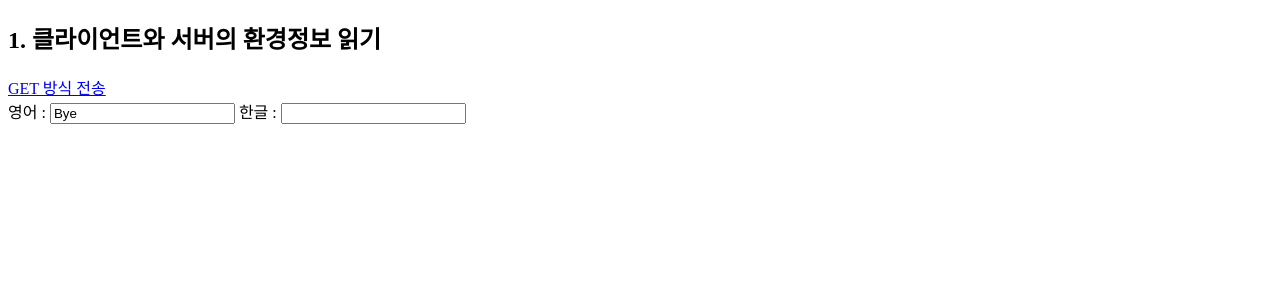
Repository: iamstudybox00/JSP_Servlet
Page: http://localhost/MustHaveJSP/02ImplicitObject/RequestMain.jsp
An editor plug-in stored every save of this project. The page is shown before and after the next save, followed by the edit.
The browser window is 1280 px wide. The pictures show the whole page.
The page is served by Tomcat 10. Other server files are loaded and not shown.

Above is the page before, as saved 2025-05-02 05:47:01.

### MustHaveJSP/src/main/webapp/02ImplicitObject/RequestMain.jsp
<%@ page language="java" contentType="text/html; charset=UTF-8"
    pageEncoding="UTF-8"%>
<!DOCTYPE html>
<html>
	<head>
	<meta charset="UTF-8">
	<title>내장객체 - request</title>
	</head>
	<body>
		<h2>1. 클라이언트와 서버의 환경정보 읽기</h2>
		<a href="./RequestWebInfo.jsp?eng=Hello&han=안녕">
			GET 방식 전송
		</a>
		<br/>
		<form action="RequestWebInfo.jsp" method="post" accept-charset="utf-8">
			영어 : <input type="text" name="eng" value="Bye" />
			한글 : <input type="text"
		</form>
	</body>
</html>

After the next save:
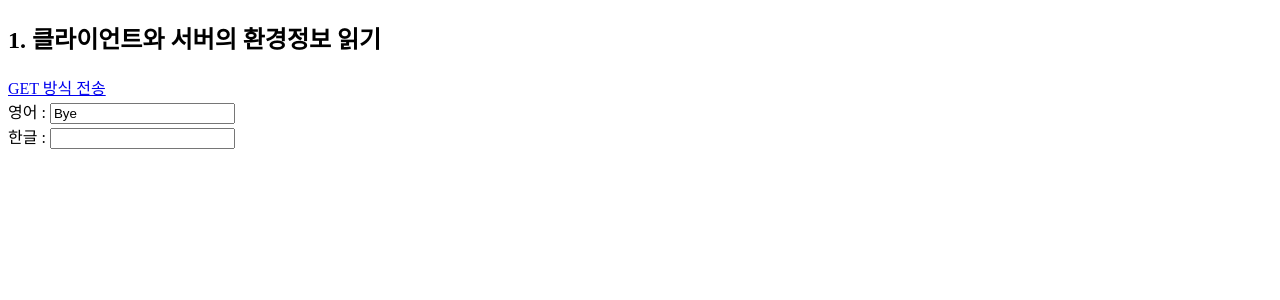
Saved 4 s later.
--- a/MustHaveJSP/src/main/webapp/02ImplicitObject/RequestMain.jsp
+++ b/MustHaveJSP/src/main/webapp/02ImplicitObject/RequestMain.jsp
@@ -13,7 +13,7 @@
 		</a>
 		<br/>
 		<form action="RequestWebInfo.jsp" method="post" accept-charset="utf-8">
-			영어 : <input type="text" name="eng" value="Bye" />
+			영어 : <input type="text" name="eng" value="Bye" /><br/>
 			한글 : <input type="text"
 		</form>
 	</body>
